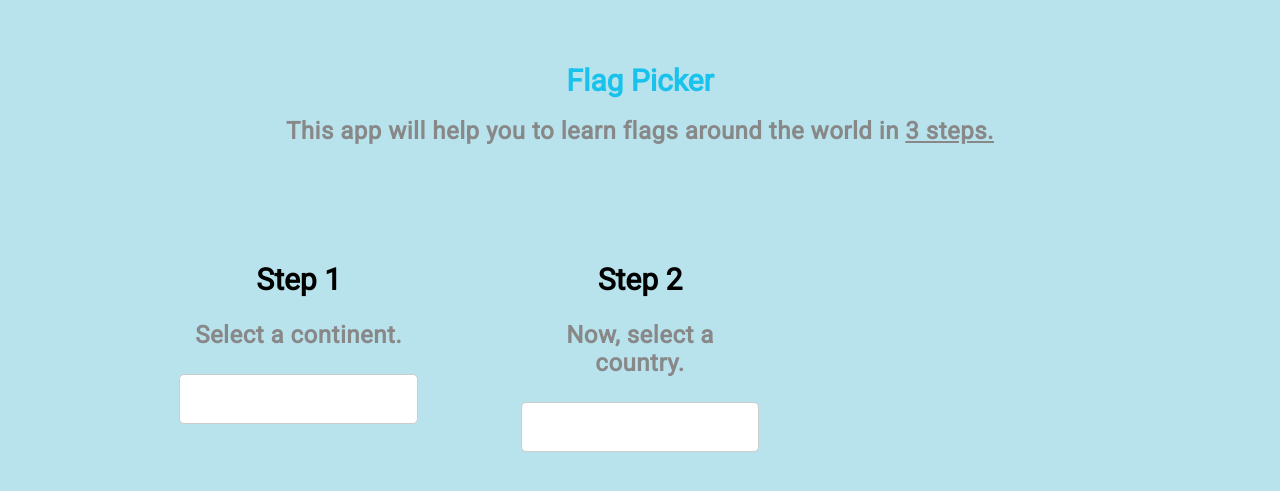
Repository: paras-shah/flag-app
Page: /
The author's editor kept a copy of each file at every save. The page is drawn from the files as they stood at one save, then again after the next save.
The browser window is 1280 px wide. The pictures show the whole page.
The project was rebuilt for these pictures with package versions that can differ from the ones it lists, and the page was loaded fresh each time.

Above is the page before, as saved 2020-02-11 22:07:51.

### public/index.html
<!DOCTYPE html>
<html lang="en">
  <head>
    <meta charset="utf-8" />
    <link rel="icon" href="%PUBLIC_URL%/favicon.ico" />
    <meta name="viewport" content="width=device-width, initial-scale=1" />
    <meta name="theme-color" content="#000000" />
    <meta
      name="description"
      content="Web site created using create-react-app"
    />
    <link rel="apple-touch-icon" href="%PUBLIC_URL%/logo192.png" />
    <link href="https://fonts.googleapis.com/css?family=Roboto&display=swap" rel="stylesheet">
    <!--
      manifest.json provides metadata used when your web app is installed on a
      user's mobile device or desktop. See https://developers.google.com/web/fundamentals/web-app-manifest/
    -->
    <link rel="manifest" href="%PUBLIC_URL%/manifest.json" />
    <!--
      Notice the use of %PUBLIC_URL% in the tags above.
      It will be replaced with the URL of the `public` folder during the build.
      Only files inside the `public` folder can be referenced from the HTML.

      Unlike "/favicon.ico" or "favicon.ico", "%PUBLIC_URL%/favicon.ico" will
      work correctly both with client-side routing and a non-root public URL.
      Learn how to configure a non-root public URL by running `npm run build`.
    -->
    <title>Flag App</title>
  </head>
  <body>
    <noscript>You need to enable JavaScript to run this app.</noscript>
    <div id="root"></div>
    <!--
      This HTML file is a template.
      If you open it directly in the browser, you will see an empty page.

      You can add webfonts, meta tags, or analytics to this file.
      The build step will place the bundled scripts into the <body> tag.

      To begin the development, run `npm start` or `yarn start`.
      To create a production bundle, use `npm run build` or `yarn build`.
    -->
  </body>
</html>

### src/index.js
import React from 'react';
import ReactDOM from 'react-dom';

import './style/normalize.css';
import './style/index.css';

import App from './App';

ReactDOM.render(<App />, document.getElementById('root'));

### src/style/index.css
body {
	margin: 0;
	font-family: -apple-system, BlinkMacSystemFont, "Segoe UI", "Roboto",
		"Oxygen", "Ubuntu", "Cantarell", "Fira Sans", "Droid Sans",
		"Helvetica Neue", sans-serif;
	-webkit-font-smoothing: antialiased;
	-moz-osx-font-smoothing: grayscale;
	background-color: rgb(184, 226, 236);
}

.app-main {
	margin: 1% auto;
	padding: 10px;
	text-align: center;
	width: 80%;
	font-family: "Roboto";
}

header {
	margin: 4% auto;
}

.mainText {
	font-size: 30px;
}

h1.mainText {
  color: rgb(25, 194, 236);
  font-size: 30px;

}

.subText {
	font-size: 24px;
	color: #888;
	letter-spacing: 0.5px;
}

h2 span {
	text-decoration: underline;
}

/* content */
.app-content {
	display: flex;
	flex-direction: row;
	justify-content: flex-start;
}

.app-content .column {
	width: 33.3%;
  padding: 5%;
}

.column input {
    width: 100%;
    height: 50px;
    border: solid 1px #ccc;
    border-radius: 5px;
    font-size: 20px;
    line-height: 50px;
    padding: 5px;
    box-sizing: border-box;
}

### src/App.js
import React from 'react';

// Components
import Search from "./components/Search";

// Config
import COPY from "./config/copy";
import data from "./config/continents.json";


class App extends React.Component {
  constructor(props) {
    super(props);

    this.state = {
      flagData: null,
      selectedContinent: null,
      selectedCountry: [],
    }
  }

  componentDidMount() {
    this.setState({ flagData: data });
  }


  render() {
    return (
      <main className="app-main">
        <header className="app-header">
          <h1 className="mainText">{COPY.HEADER_TEXT}</h1>
          <h2 className="subText">{COPY.HEADER_SUBTEXT} <span> {COPY.HEADER_SUBTEXT_TWO} </span></h2>
        </header>

        <div className="app-content">
          {/* Continent */}
          <section className="column">
            <h2 className="mainText">{COPY.COLUMN_ONE_HEADING}</h2>
            <h3 className="subText">{COPY.COLUMN_ONE_SUBTEXT} </h3>

            <Search />
          </section>

          {/* Country */}
          <section className="column">
            <h2 className="mainText">{COPY.COLUMN_TWO_HEADING}</h2>
            <h3 className="subText">{COPY.COLUMN_TWO_SUBTEXT} </h3>

            <Search />
          </section>

          {/* Flag Column */}
          <section className="column">

          </section>

        </div>
      </main>
    );
  }
}

export default App;

### src/components/Search.js
import React from "react";

class Search extends React.Component {
    constructor(props) {
        super(props);

        this.state = {
            textValue: '',
            allValues: props.possibleValues,
            possibleValuesBasedOnText: props.possibleValues,
            type: props.type,
            selectedValue: props.selectType === "Multi"? []: ''
        }

        this.onTextChange = this.onTextChange.bind(this);
    }

    onTextChange = (event) => {
        this.setState({ value: event.target.value });
    }


    render() {
        return <input type="text" value={this.state.value}
        onChange={this.onTextChange} />
    }
}

export default Search;

### src/config/copy.js
export default {
    HEADER_TEXT : "Flag Picker",
    HEADER_SUBTEXT : "This app will help you to learn flags around the world in",
    HEADER_SUBTEXT_TWO : "3 steps.",

    COLUMN_ONE_HEADING:"Step 1",
    COLUMN_ONE_SUBTEXT:"Select a continent.",

    COLUMN_TWO_HEADING:"Step 2",
    COLUMN_TWO_SUBTEXT:"Now, select a country.",

    COLUMN_THREE_HEADING:"Step 3",
    COLUMN_THREE_SUBTEXT:"Flags.",

    SELECTED:"You selected",



};

### src/config/continents.json
[
	{
		"continent": "Africa",
		"countries": [
			{
				"name": "Nigeria",
				"flag": "🇳🇬"
			},
			{
				"name": "Ethiopia",
				"flag": "🇪🇹"
			},
			{
				"name": "Egypt",
				"flag": "🇪🇬"
			},
			{
				"name": "DR Congo",
				"flag": "🇨🇩"
			},
			{
				"name": "South Africa",
				"flag": "🇿🇦"
			}
		]
	},
	{
		"continent": "America",
		"countries": [
			{
				"name": "USA",
				"flag": "🇺🇸"
			},
			{
				"name": "Brazil",
				"flag": "🇧🇷"
			},
			{
				"name": "Mexico",
				"flag": "🇲🇽"
			},
			{
				"name": "Colombia",
				"flag": "🇨🇴"
			},
			{
				"name": "Argentina",
				"flag": "🇦🇷"
			}
		]
	},
	{
		"continent": "Asia",
		"countries": [
			{
				"name": "China",
				"flag": "🇨🇳"
			},
			{
				"name": "India",
				"flag": "🇮🇳"
			},
			{
				"name": "Indonesia",
				"flag": "🇮🇩"
			},
			{
				"name": "Pakistan",
				"flag": "🇵🇰"
			},
			{
				"name": "Bangladesh",
				"flag": "🇧🇩"
			}
		]
	},
	{
		"continent": "Europe",
		"countries": [
			{
				"name": "Russia",
				"flag": "🇷🇺"
			},
			{
				"name": "Germany",
				"flag": "🇩🇪"
			},
			{
				"name": "UK",
				"flag": "🇬🇧"
			},
			{
				"name": "France",
				"flag": "🇫🇷"
			},
			{
				"name": "Italy",
				"flag": "🇮🇹"
			}
		]
	},
	{
		"continent": "Oceania",
		"countries": [
			{
				"name": "Australia",
				"flag": "🇦🇺"
			},
			{
				"name": "Papua New Guinea",
				"flag": "🇵🇬"
			},
			{
				"name": "New Zealand",
				"flag": "🇳🇿"
			},
			{
				"name": "Fiji",
				"flag": "🇫🇯"
			},
			{
				"name": "Solomon Islands",
				"flag": "🇸🇧"
			}
		]
	}
]

Loaded but not shown: src/style/normalize.css (library)

After the next save:
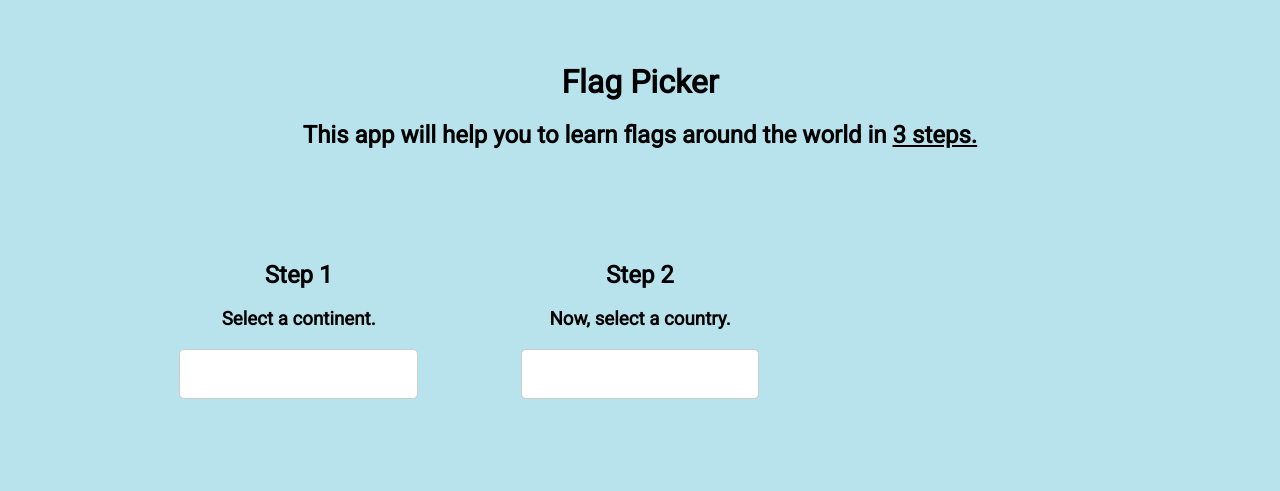
Saved 2 min 23 s later.
--- a/src/App.js
+++ b/src/App.js
@@ -28,23 +28,23 @@ class App extends React.Component {
     return (
       <main className="app-main">
         <header className="app-header">
-          <h1 className="mainText">{COPY.HEADER_TEXT}</h1>
-          <h2 className="subText">{COPY.HEADER_SUBTEXT} <span> {COPY.HEADER_SUBTEXT_TWO} </span></h2>
+          <h1 className="main-text">{COPY.HEADER_TEXT}</h1>
+          <h2 className="sub-text">{COPY.HEADER_SUBTEXT} <span> {COPY.HEADER_SUBTEXT_TWO} </span></h2>
         </header>
 
         <div className="app-content">
           {/* Continent */}
           <section className="column">
-            <h2 className="mainText">{COPY.COLUMN_ONE_HEADING}</h2>
-            <h3 className="subText">{COPY.COLUMN_ONE_SUBTEXT} </h3>
+            <h2 className="main-text">{COPY.COLUMN_ONE_HEADING}</h2>
+            <h3 className="columnSubText">{COPY.COLUMN_ONE_SUBTEXT} </h3>
 
             <Search />
           </section>
 
           {/* Country */}
           <section className="column">
-            <h2 className="mainText">{COPY.COLUMN_TWO_HEADING}</h2>
-            <h3 className="subText">{COPY.COLUMN_TWO_SUBTEXT} </h3>
+            <h2 className="main-text">{COPY.COLUMN_TWO_HEADING}</h2>
+            <h3 className="column-sub-text">{COPY.COLUMN_TWO_SUBTEXT} </h3>
 
             <Search />
           </section>
